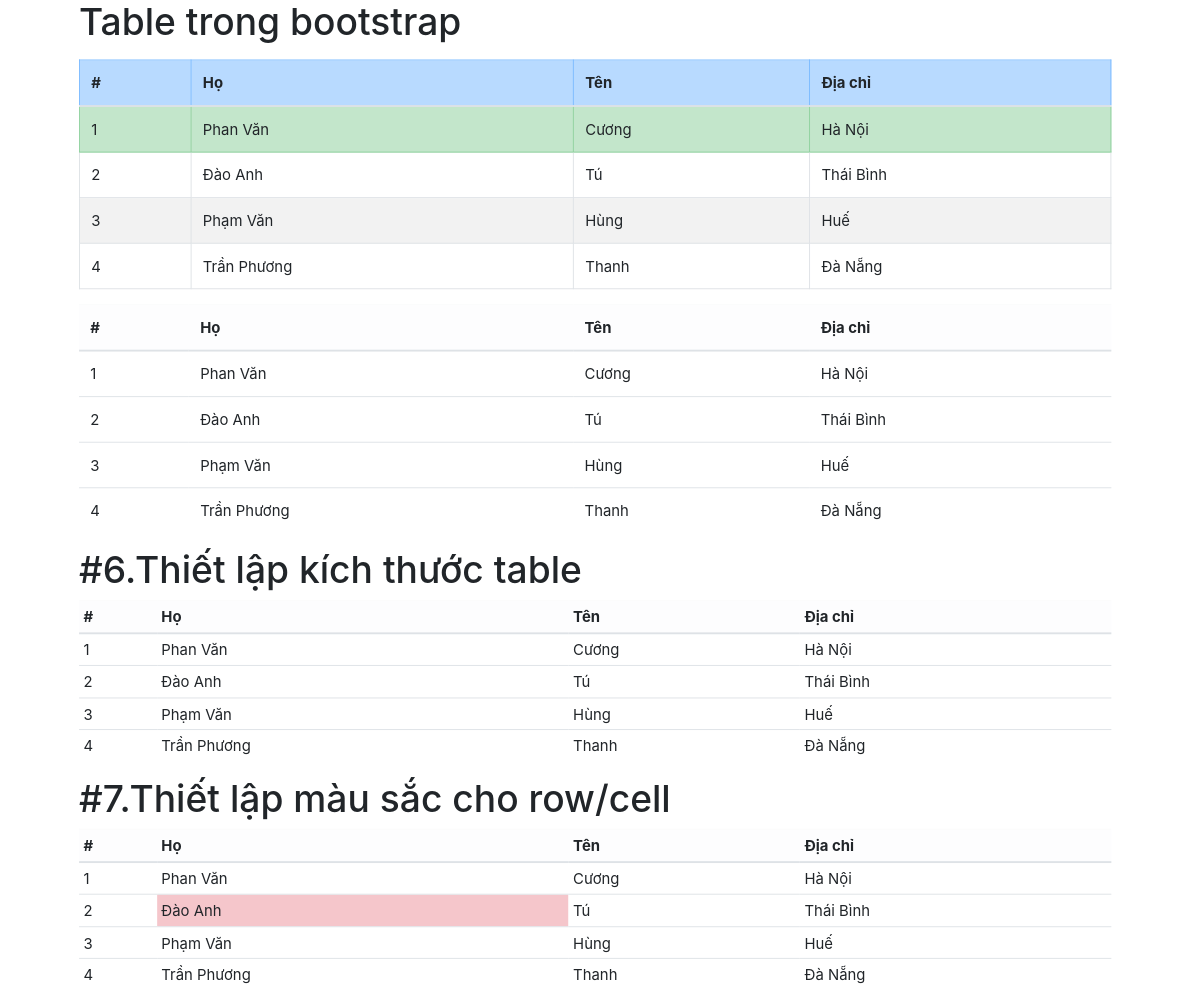
Repository: anhtu2110/front_end
Page: lesson/bootstrap/advance/5.2-table.html
An editor plug-in stored every save of this project. The page is shown before and after the next save, followed by the edit.
The browser window is 1280 px wide. The pictures show the whole page, at 93% of full size.

Above is the page before, as saved 2022-12-06 20:13:39.

After the next save:
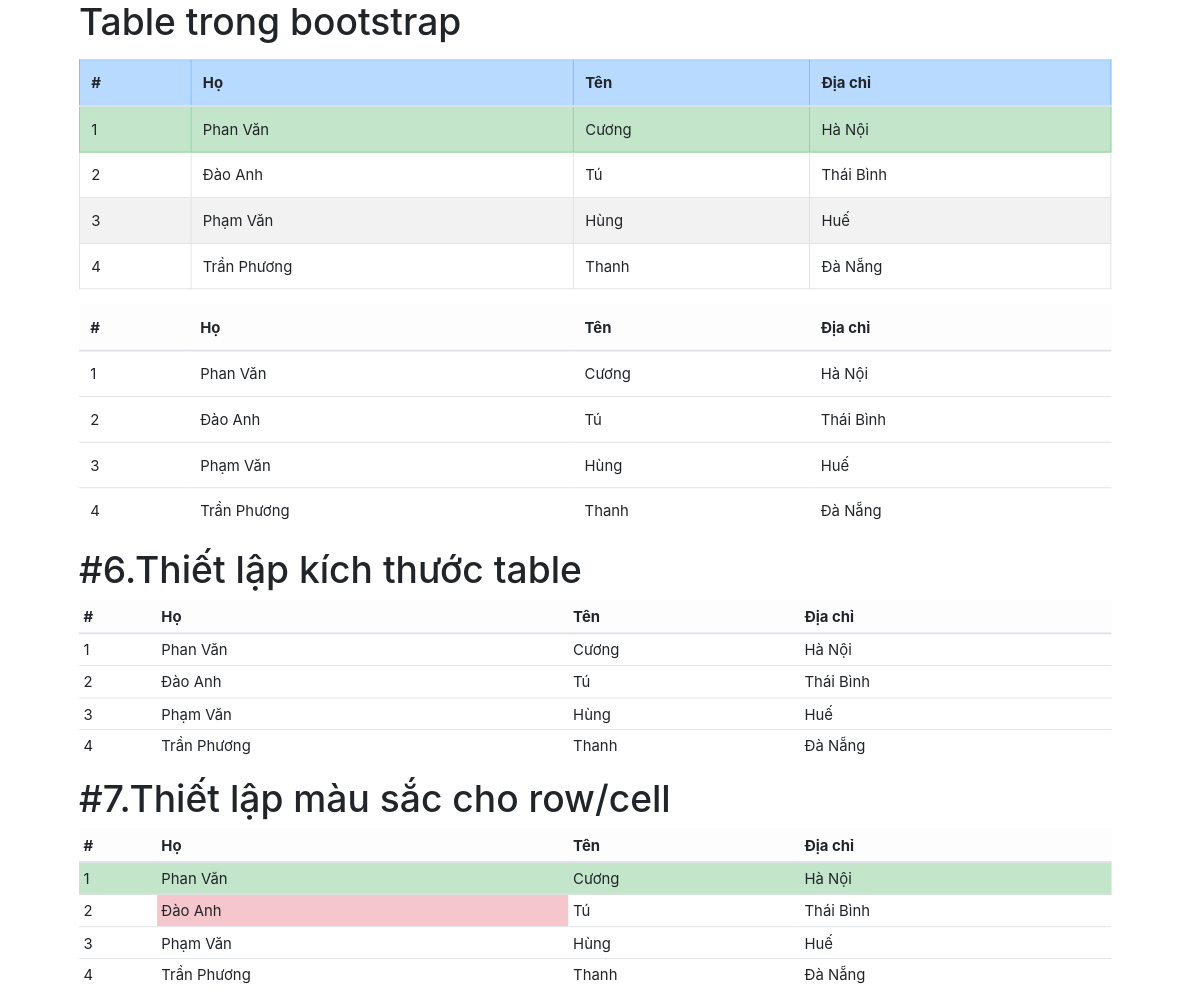
Saved 24 s later.
--- a/lesson/bootstrap/advance/5.2-table.html
+++ b/lesson/bootstrap/advance/5.2-table.html
@@ -132,7 +132,7 @@
               </tr>
             </thead>
             <tbody>
-              <tr class="table-priamry">
+              <tr class="table-success">
                 <td>1</td>
                 <td>Phan Văn</td>
                 <td>Cương</td>
